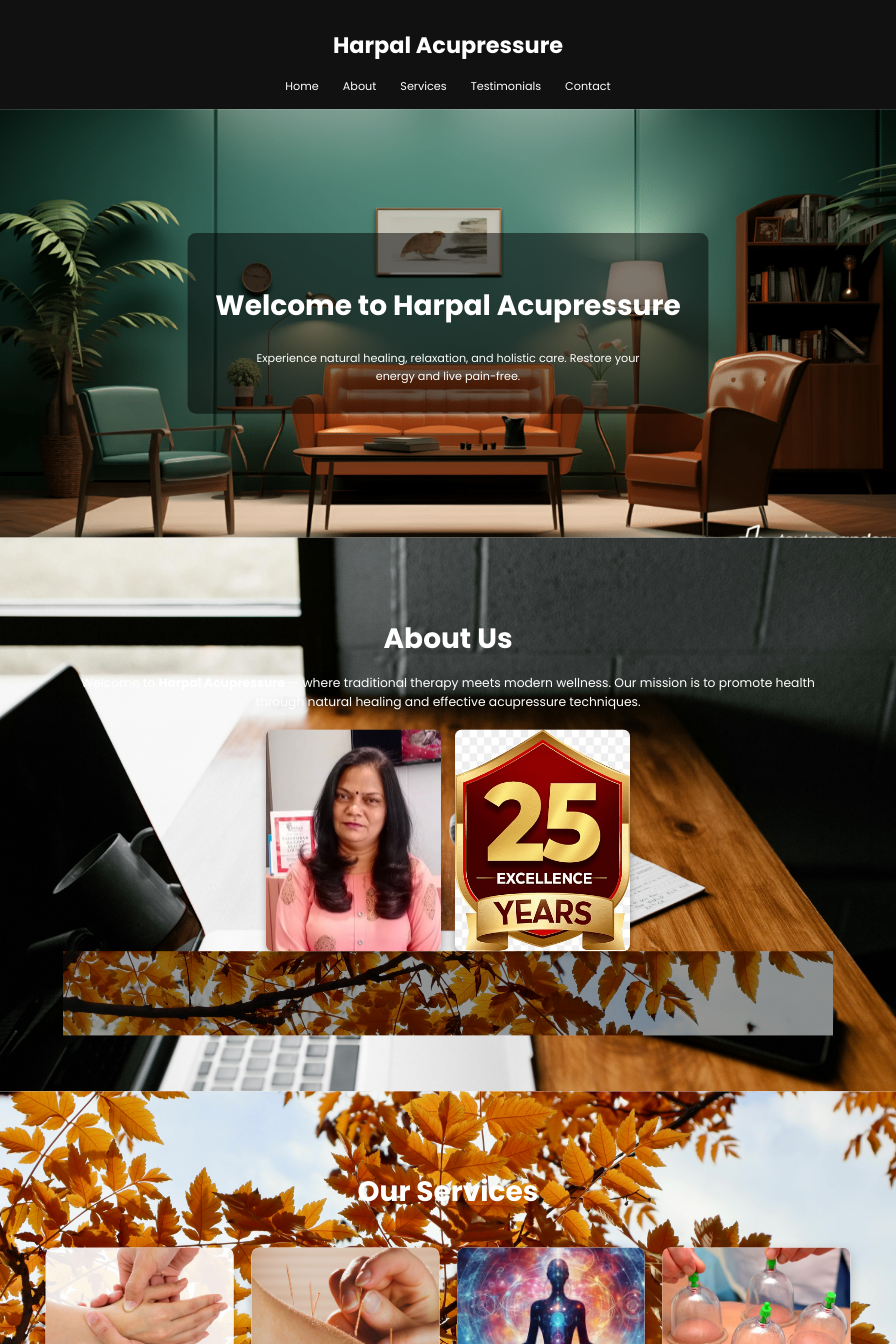
Repository: swasthiik/my-websites
Page: index.html
The author's editor kept a copy of each file at every save. The page is drawn from the files as they stood at one save, then again after the next save.
The browser window is 1280 px wide. The pictures show the part of the page from y = 0 to 1920 px (the page is 5316 px tall before and 5082 px after), at 70% of full size.
Backgrounds fixed to the window are drawn as part of the page.

Above is the page before, as saved 2025-10-27 23:44:08.

### index.html
<!DOCTYPE html>
<html lang="en">
<head>
  <meta charset="utf-8" />
  <meta name="viewport" content="width=device-width, initial-scale=1" />
  <title>Harpal Acupressure — Healing & Wellness</title>

  <link href="https://fonts.googleapis.com/css2?family=Poppins:wght@300;400;600;700&display=swap" rel="stylesheet">

  <style>
    body {
      margin: 0;
      font-family: 'Poppins', sans-serif;
      background: #fff;
      color: #333;
    }
    header {
      background: #111;
      color: #fff;
      padding: 20px;
      text-align: center;
    }
    nav a {
      color: #fff;
      margin: 0 15px;
      text-decoration: none;
      font-weight: 500;
    }
    nav a:hover {
      color: #ffd700;
    }
  </style>
</head>
<body>

  <!-- 🔹 HEADER -->
  <header>
    <h1>Harpal Acupressure</h1>
    <nav>
      <a href="#home">Home</a>
      <a href="#about">About</a>
      <a href="#services">Services</a>
      <a href="#testimonials">Testimonials</a>
      <a href="#contact">Contact</a>
    </nav>
  </header>

  <!-- 🔹 HOME SECTION -->
  <section id="home" style="background:url('images/background.jpg') center/cover no-repeat; height:85vh; display:flex;align-items:center;justify-content:center;text-align:center;color:#fff;">
    <div style="background:rgba(0,0,0,0.5);padding:40px;border-radius:12px;">
      <h2 style="font-size:2.5rem;">Welcome to Harpal Acupressure</h2>
      <p style="max-width:600px;margin:auto;line-height:1.6;">Experience natural healing, relaxation, and holistic care. Restore your energy and live pain-free.</p>
    </div>
  </section>

  <!-- 🔹 ABOUT SECTION -->
  <section id="about" aria-labelledby="about-title"
  style="background:url('images/background2.jpg') center/cover no-repeat; background-attachment: fixed; color:#fff; padding:80px 20px;">
    <div style="max-width:1100px;margin:auto;text-align:center;">
      <h2 id="about-title" style="font-size:2.5rem;font-weight:700;margin-bottom:20px;">About Us</h2>
      <p style="font-size:1.1rem;line-height:1.6;margin-bottom:25px;">
        Welcome to <strong>Harpal Acupressure</strong> — where traditional therapy meets modern wellness.
        Our mission is to promote health through natural healing and effective acupressure techniques.
      </p>

      <div style="display:flex;flex-wrap:wrap;justify-content:center;gap:20px;">
        <img src="images/photo1.png" alt="Founder Image" style="width:250px;border-radius:10px;box-shadow:0 4px 10px rgba(0,0,0,0.3);">
        <img src="images/photo2.png" alt="Clinic Photo" style="width:250px;border-radius:10px;box-shadow:0 4px 10px rgba(0,0,0,0.3);">
      </div>

      <section id="about" style="background:linear-gradient(rgba(0,0,0,0.4),rgba(0,0,0,0.4)),url('images/background3.jpg') center/cover no-repeat;
       color:#fff;padding:60px 20px;text-align:center;">

      </a>
    </div>
  </section>

    <!-- 🔹 OUR SERVICES SECTION -->
  <section id="services" aria-labelledby="services-title"
  style="background:url('images/background3.jpg') center/cover no-repeat; background-attachment: fixed; padding:80px 20px;">
    <div class="inner" style="max-width:1150px;margin:auto;text-align:center;">
      <h2 id="services-title" style="font-size:2.5rem;font-weight:700;color:#fff;margin-bottom:50px;">Our Services</h2>

      <div class="services-grid"
        style="display:grid;grid-template-columns:repeat(auto-fit,minmax(260px,1fr));gap:25px;">

        <!-- Service 1 -->
        <div style="background:rgba(255,255,255,0.9);border-radius:12px;box-shadow:0 6px 16px rgba(0,0,0,0.2);overflow:hidden;">
          <img src="images/service1.jpg" alt="Acupressure" style="width:100%;height:180px;object-fit:cover;">
          <div style="padding:18px;">
            <h3>Acupressure</h3>
            <p>Balance energy and reduce pain by applying precise pressure to key points on the body.</p>
          </div>
        </div>

        <!-- Service 2 -->
        <div style="background:rgba(255,255,255,0.9);border-radius:12px;box-shadow:0 6px 16px rgba(0,0,0,0.2);overflow:hidden;">
          <img src="images/service2.jpg" alt="Acupuncture" style="width:100%;height:180px;object-fit:cover;">
          <div style="padding:18px;">
            <h3>Acupuncture</h3>
            <p>Ancient therapy to restore natural healing flow and promote deep relaxation.</p>
          </div>
        </div>

        <!-- Service 3 -->
        <div style="background:rgba(255,255,255,0.9);border-radius:12px;box-shadow:0 6px 16px rgba(0,0,0,0.2);overflow:hidden;">
          <img src="images/service3.jpg" alt="Aura Cleansing" style="width:100%;height:180px;object-fit:cover;">
          <div style="padding:18px;">
            <h3>Aura Cleansing</h3>
            <p>Clear negative energies and bring emotional balance to your body and mind.</p>
          </div>
        </div>

        <!-- Service 4 -->
        <div style="background:rgba(255,255,255,0.9);border-radius:12px;box-shadow:0 6px 16px rgba(0,0,0,0.2);overflow:hidden;">
          <img src="images/service4.jpg" alt="Cupping Therapy" style="width:100%;height:180px;object-fit:cover;">
          <div style="padding:18px;">
            <h3>Cupping Therapy</h3>
            <p>Improve circulation, release tension, and promote detoxification naturally.</p>
          </div>
        </div>

        <!-- Service 5 -->
        <div style="background:rgba(255,255,255,0.9);border-radius:12px;box-shadow:0 6px 16px rgba(0,0,0,0.2);overflow:hidden;">
          <img src="images/service5.jpg" alt="Casa Therapy" style="width:100%;height:180px;object-fit:cover;">
          <div style="padding:18px;">
            <h3>Casa Therapy</h3>
            <p>Holistic treatment methods to re-align and restore natural body balance.</p>
          </div>
        </div>

        <!-- Service 6 -->
        <div style="background:rgba(255,255,255,0.9);border-radius:12px;box-shadow:0 6px 16px rgba(0,0,0,0.2);overflow:hidden;">
          <img src="images/service6.jpg" alt="Magnetic Therapy" style="width:100%;height:180px;object-fit:cover;">
          <div style="padding:18px;">
            <h3>Magnetic Therapy</h3>
            <p>Enhance blood flow and reduce chronic discomfort using magnetic energy.</p>
          </div>
        </div>

        <!-- Service 7 -->
        <div style="background:rgba(255,255,255,0.9);border-radius:12px;box-shadow:0 6px 16px rgba(0,0,0,0.2);overflow:hidden;">
          <img src="images/service7.jpg" alt="Numerology Guidance" style="width:100%;height:180px;object-fit:cover;">
          <div style="padding:18px;">
            <h3>Numerology Guidance</h3>
            <p>Discover insights about life and purpose using numerology principles.</p>
          </div>
        </div>

        <!-- Service 8 -->
        <div style="background:rgba(255,255,255,0.9);border-radius:12px;box-shadow:0 6px 16px rgba(0,0,0,0.2);overflow:hidden;">
          <img src="images/service8.jpg" alt="Reiki Healing" style="width:100%;height:180px;object-fit:cover;">
          <div style="padding:18px;">
            <h3>Reiki Healing</h3>
            <p>Channel universal energy to calm the mind and heal the body.</p>
          </div>
        </div>

        <!-- Service 9 -->
        <div style="background:rgba(255,255,255,0.9);border-radius:12px;box-shadow:0 6px 16px rgba(0,0,0,0.2);overflow:hidden;">
          <img src="images/service9.jpg" alt="Sujok Therapy" style="width:100%;height:180px;object-fit:cover;">
          <div style="padding:18px;">
            <h3>Sujok Therapy</h3>
            <p>Hand & foot-based healing therapy for internal organ balance.</p>
          </div>
        </div>

        <!-- Service 10 -->
        <div style="background:rgba(255,255,255,0.9);border-radius:12px;box-shadow:0 6px 16px rgba(0,0,0,0.2);overflow:hidden;">
          <img src="images/service10.jpg" alt="Vastu Consultation" style="width:100%;height:180px;object-fit:cover;">
          <div style="padding:18px;">
            <h3>Vastu Consultation</h3>
            <p>Design your space for harmony, prosperity, and positive energy flow.</p>
          </div>
        </div>
      </div>
    </div>
  </section>


  <!-- 🔹 TESTIMONIALS SECTION -->
  <section id="testimonials" aria-labelledby="testimonials-title"
  style="background:url('images/background3.jpg') center/cover no-repeat; background-attachment: fixed; color:#fff; padding:80px 20px;">
    <div style="max-width:1150px;margin:auto;text-align:center;">
      <h2 id="testimonials-title" style="font-size:2.5rem;font-weight:700;">What Our Clients Say</h2>
      <p style="max-width:750px;margin:20px auto;">Hear from our satisfied clients who experienced transformation through Harpal Acupressure.</p>

      <div style="display:flex;flex-wrap:wrap;justify-content:center;gap:25px;margin-top:40px;">
        <div style="background:rgba(0,0,0,0.5);padding:25px;border-radius:12px;width:320px;">
          <p>“After a few sessions, my back pain vanished completely. Highly recommended!”</p>
          <strong>- Meera Shah</strong>
        </div>
        <div style="background:rgba(0,0,0,0.5);padding:25px;border-radius:12px;width:320px;">
          <p>“Her techniques are powerful yet calming. A perfect blend of science and healing.”</p>
          <strong>- Rajesh Patel</strong>
        </div>
        <div style="background:rgba(0,0,0,0.5);padding:25px;border-radius:12px;width:320px;">
          <p>“Professional care and positive results. I feel more energetic and balanced.”</p>
          <strong>- Ananya Joshi</strong>
        </div>
      </div>
    </div>
  </section>
  <!-- testimonials -->
  <section id="testimonials" aria-labelledby="testimonials-title" style="
    background: url('images/background3.jpg') center/cover no-repeat;
    background-attachment: fixed;
    color: #fff;
    padding: 80px 20px;
    text-align: center;
    position: relative;">
    <div style="background: rgba(0,0,0,0.6); padding: 60px 20px; border-radius: 20px; max-width: 1000px; margin: auto;">
      <h2 id="testimonials-title" style="font-size: 2em; margin-bottom: 20px;">💬 What Our Clients Say</h2>
      <p style="max-width: 800px; margin: auto; font-size: 1.1em;">Hear directly from our satisfied clients who have experienced healing and positive transformation through our services.</p>

      <div style="display: flex; flex-wrap: wrap; justify-content: center; gap: 20px; margin-top: 40px;">
        <div style="background: #fff; color: #333; padding: 20px; border-radius: 15px; width: 280px; box-shadow: 0 4px 12px rgba(0,0,0,0.3);">
          <p>“After 3 sessions, my back pain completely disappeared! Thank you for your care and dedication.”</p>
          <h4>– Priya Sharma</h4>
        </div>
        <div style="background: #fff; color: #333; padding: 20px; border-radius: 15px; width: 280px; box-shadow: 0 4px 12px rgba(0,0,0,0.3);">
          <p>“Very effective treatments and professional approach. Highly recommend Harpal Acupressure.”</p>
          <h4>– Rahul Verma</h4>
        </div>
        <div style="background: #fff; color: #333; padding: 20px; border-radius: 15px; width: 280px; box-shadow: 0 4px 12px rgba(0,0,0,0.3);">
          <p>“Excellent service and warm environment. My energy levels have improved drastically.”</p>
          <h4>– Anjali Gupta</h4>
        </div>
      </div>
    </div>
  </section>

  <!-- contact -->
  <section id="contact" style="
    background: url('images/background4.jpg') center/cover no-repeat;
    background-attachment: fixed;
    padding: 80px 20px;
    position: relative;
    color: #fff;">
    <div style="background: rgba(0,0,0,0.6); border-radius: 20px; padding: 50px 20px; max-width: 1000px; margin: auto;">
      <h2 style="text-align: center; font-size: 2em;">📍 Contact Us</h2>
      <p style="text-align: center; font-size: 1.1em; margin-bottom: 30px;">We’d love to hear from you! Fill out the form below or connect with us directly.</p>

      <div style="display: flex; flex-wrap: wrap; justify-content: center; gap: 30px;">
        <form style="flex: 1; min-width: 300px; max-width: 450px; display: flex; flex-direction: column; gap: 15px;">
          <input type="text" placeholder="Your Name" required style="padding: 12px; border-radius: 8px; border: none;">
          <input type="email" placeholder="Your Email" required style="padding: 12px; border-radius: 8px; border: none;">
          <textarea placeholder="Your Message" rows="5" required style="padding: 12px; border-radius: 8px; border: none;"></textarea>
          <button type="submit" style="background:#28a745; color:#fff; padding: 12px; border:none; border-radius:8px; font-weight:bold;">Send Message</button>
        </form>

        <div style="flex: 1; min-width: 300px; max-width: 400px; text-align: left;">
          <h3>Get in Touch</h3>
          <p><strong>📞 Phone:</strong> +91 9876543210</p>
          <p><strong>📧 Email:</strong> harpalacupressure@gmail.com</p>
          <p><strong>📍 Address:</strong> Near City Center, Mangalore, India</p>
          <p><strong>🕒 Hours:</strong> Mon–Sat: 9:00 AM – 8:00 PM</p>
          <div style="margin-top: 15px;">
            <a href="https://wa.me/919876543210" style="color:#25D366; font-size:1.3em; text-decoration:none;">💬 WhatsApp Us</a><br>
            <a href="mailto:harpalacupressure@gmail.com" style="color:#ffcc00; font-size:1.3em;">📧 Email Us</a>
          </div>
        </div>
      </div>
    </div>
  </section>

  <!-- footer -->
  <footer style="background: #111; color: #ccc; text-align: center; padding: 25px 10px;">
    <p>© 2025 Harpal Acupressure | All Rights Reserved</p>
    <p>💻 Designed & Developed by <strong>Swasthik Poojary</strong></p>
  </footer>

</body>
</html>

After the next save:
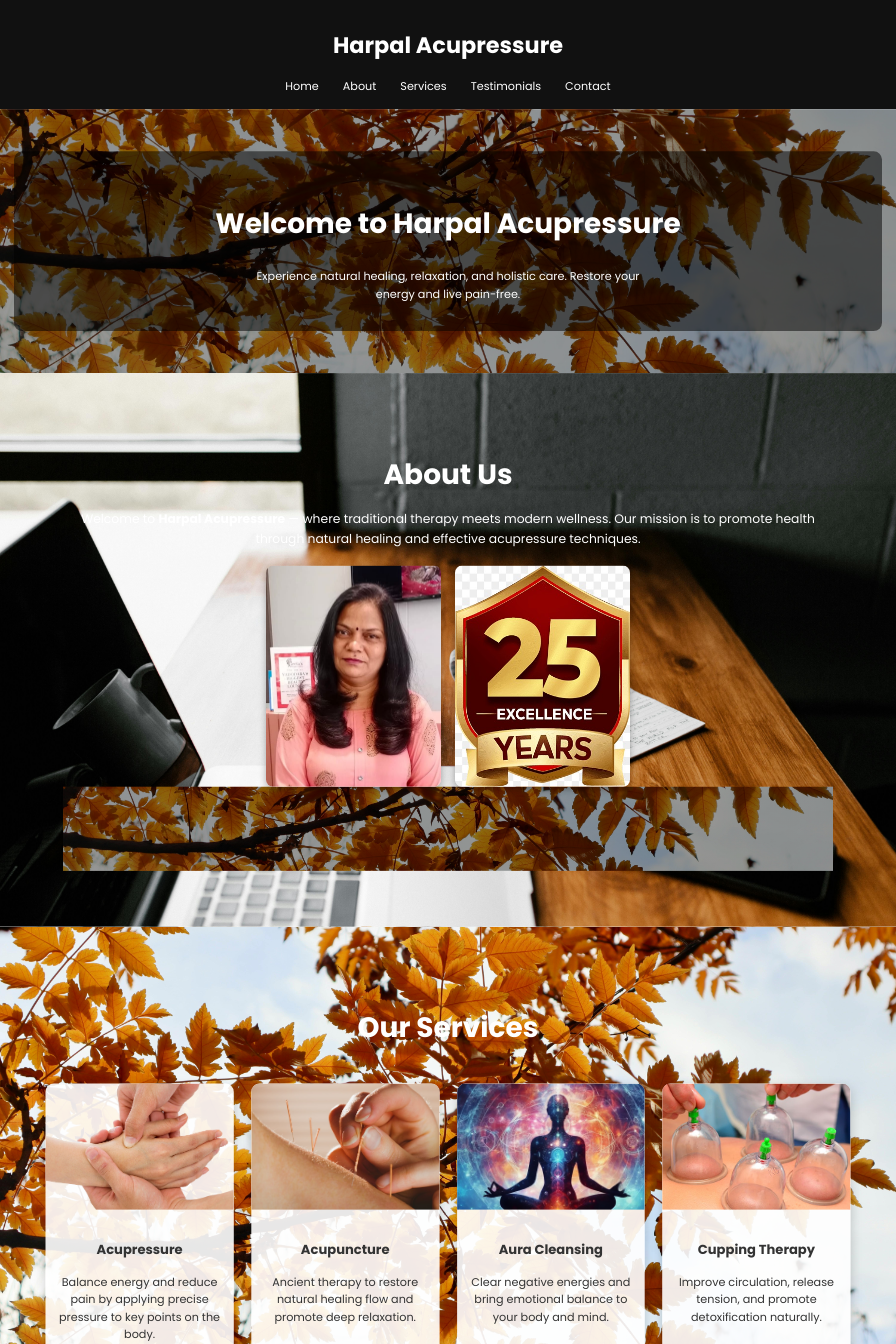
Saved 62 s later.
--- a/index.html
+++ b/index.html
@@ -46,7 +46,9 @@
   </header>
 
   <!-- 🔹 HOME SECTION -->
-  <section id="home" style="background:url('images/background.jpg') center/cover no-repeat; height:85vh; display:flex;align-items:center;justify-content:center;text-align:center;color:#fff;">
+  <section id="about" style="background:linear-gradient(rgba(0,0,0,0.4),rgba(0,0,0,0.4)),url('images/background3.jpg') center/cover no-repeat;
+    color:#fff;padding:60px 20px;text-align:center;">
+
     <div style="background:rgba(0,0,0,0.5);padding:40px;border-radius:12px;">
       <h2 style="font-size:2.5rem;">Welcome to Harpal Acupressure</h2>
       <p style="max-width:600px;margin:auto;line-height:1.6;">Experience natural healing, relaxation, and holistic care. Restore your energy and live pain-free.</p>
